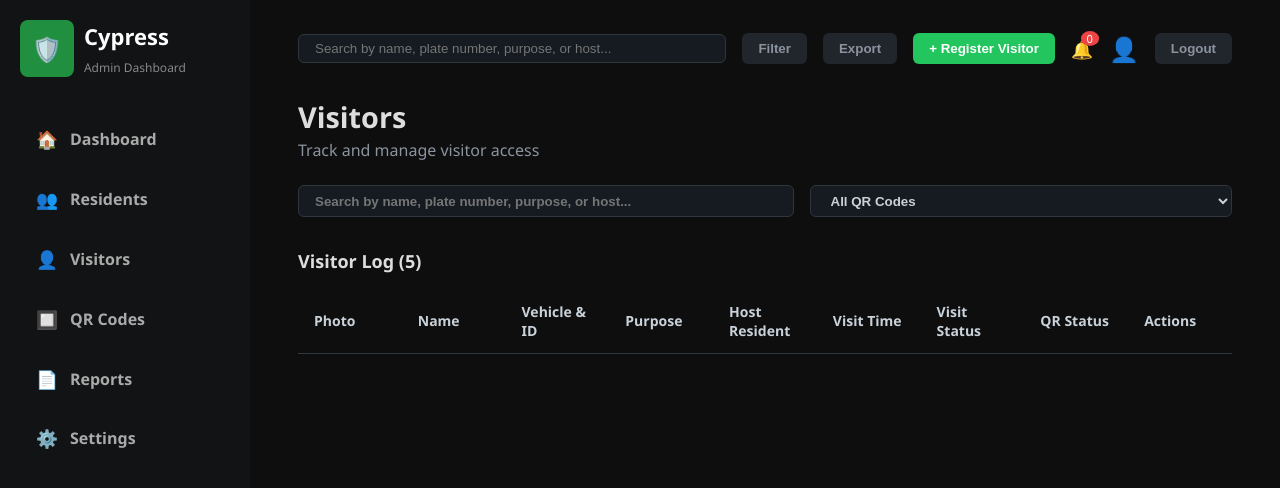
Repository: camuramon/my-project
Page: templates/admin/visitors.html
The author's editor kept a copy of each file at every save. The page is drawn from the files as they stood at one save, then again after the next save.
The browser window is 1280 px wide. The pictures show the whole page.
The template is drawn by Flask 3. The application's start-up code is not run. Other server files are loaded and not shown. The template is opened directly, without the code that normally fills it, so the values that code supplies are empty.

Above is the page before, as saved 2025-09-19 02:06:39.

### templates/admin/visitors.html
<!DOCTYPE html>
<html lang="en">
<head>
    <meta charset="UTF-8" />
    <meta name="viewport" content="width=device-width, initial-scale=1" />
    <title>Cypress Admin Dashboard - Visitors</title>
    <!-- Connect visitor.css -->
<link rel="stylesheet" href="{{ url_for('static', filename='css/admin.css') }}">
<link rel="stylesheet" href="{{ url_for('static', filename='css/visitor.css') }}">
</head>
<body>
     <div class="container">
    <aside class="sidebar">
    <div class="logo">
        <div class="icon">🛡️</div>
        <div class="title">
            <h2>Cypress</h2>
            <span>Admin Dashboard</span>
        </div>
    </div>
    <nav>
        <ul class="sidebar-menu">
            <li class="{% if request.path == url_for('admin_dashboard') %}active{% endif %}">
                <a href="{{ url_for('admin_dashboard') }}"><span class="icon">🏠</span> Dashboard</a>
            </li>
            <li class="{% if request.path == url_for('admin_residents') %}active{% endif %}">
                <a href="{{ url_for('admin_residents') }}"><span class="icon">👥</span> Residents</a>
            </li>
            <li class="{% if request.path == url_for('admin_visitors') %}active{% endif %}">
                <a href="{{ url_for('admin_visitors') }}"><span class="icon">👤</span> Visitors</a>
            </li>
          <li class="{% if request.path == url_for('admin_qr') %}active{% endif %}">
  <a href="{{ url_for('admin_qr') }}"><span class="icon">🔲</span> QR Codes</a>
</li>

            <li class="{% if request.path == url_for('admin_reports') %}active{% endif %}">
                <a href="{{ url_for('admin_reports') }}"><span class="icon">📄</span> Reports</a>
            </li>
            <li class="{% if request.path == url_for('admin_settings') %}active{% endif %}">
                <a href="{{ url_for('admin_settings') }}"><span class="icon">⚙️</span> Settings</a>
            </li>
        </ul>
    </nav>
</aside>


    <main class="main-content">
        <header class="topbar">
          <input type="search" placeholder="Search by name, plate number, purpose, or host..." />
            <div class="topbar-actions">
                <button class="btn filter">Filter</button>
                <button class="btn export">Export</button>
                <button class="btn register-visitor">+ Register Visitor</button>
                <div class="notification">
                    <span class="icon">🔔</span>
                    <span class="badge">0</span>
                </div>
                <div class="profile-icon">👤</div>
                <button id="logout-button" class="btn btn-gray text-white font-semibold py-2 px-4 rounded-full">
                Logout
            </button>
            </div>
        </header>

<script>
       document.getElementById('logout-button').addEventListener('click', function() {
    window.location.href = "/logout";   // ✅ tatawag sa Flask logout route
});
</script>
        <section class="page-info">
            <h2>Visitors</h2>
            <p>Track and manage visitor access</p>

            <div class="search-filter">
                <input type="search" placeholder="Search by name, plate number, purpose, or host..." />
                <select>
                    <option>All QR Codes</option>
                </select>
            </div>

            <div class="visitor-log">
                <h3>Visitor Log (5)</h3>
                  <div id="recent-visitors"></div>
                <table>
                    <thead>
    <tr>

        <th>Photo</th>
        <th>Name</th>
        <th>Vehicle &amp; ID</th>
        <th>Purpose</th>
        <th>Host Resident</th>
        <th>Visit Time</th>
        <th>Visit Status</th>
        <th>QR Status</th>
        <th>Actions</th>
    </tr>
</thead>
<tbody>
    {% for visitor in visitors %}
    <tr>

        <td>
            <img src="{{ visitor.photo if visitor.photo else url_for('static', filename='image/default-visitor.png') }}"
                 alt="Visitor Photo"
                 style="width:50px; height:50px; border-radius:50%; object-fit:cover;">
        </td>
        <td><strong>{{ visitor.fullName }}</strong></td>
        <td>
            <strong>{{ visitor.vehicleType }} - {{ visitor.plateNumber }}</strong><br>
            {{ visitor.idType }}: {{ visitor.idNumber }}
        </td>
        <td>{{ visitor.host if visitor.host else "N/A" }}</td>
        <td><span class="clock-icon">⏲️</span> In:<br><strong>{{ visitor.visitTime }}</strong></td>
        <td>
            <span class="status {{ 'active-visit' if visitor.status == 'Active' else 'expired-visit' }}">
                {{ visitor.status }}
            </span>
        </td>
        <td>
            <span class="qr-status {{ 'valid' if visitor.qrCode else 'invalid' }}">
                {{ 'Valid' if visitor.qrCode else 'Invalid' }}
            </span>
        </td>
        <td class="actions">
            <span class="icon">👁️</span>
            <span class="icon">✏️</span>
            <span class="icon">🗑️</span>
        </td>
    </tr>
    {% endfor %}
</tbody>

                </table>
            </div>
        </section>
    </main>
<script src="{{ url_for('static', filename='js/visitors.js') }}"></script>

</body>
</html>

### static/css/admin.css
/* ===========================
   GENERAL RESET & BASE STYLES
=========================== */


* {
    box-sizing: border-box;
    margin: 0;
    padding: 0;
}

body {
    font-family: 'Segoe UI', Tahoma, Geneva, Verdana, sans-serif;
    background-color: #0e0e0f;
    color: #ddd;
    display: flex;
    min-height: 100vh;
}
html, body {
    height: 100%;
    width: 100%;
    margin: 0;
    padding: 0;
    overflow-x: hidden;
}

.container {
    display: flex;
    width: 100%;
    height: 100vh;
}


/* ===========================
   SIDEBAR
=========================== */
.sidebar {
    width: 250px;
    height: 100vh;
    background-color: #121314;
    padding: 20px;
    flex-shrink: 0;
}


.logo {
    display: flex;
    align-items: center;
    margin-bottom: 40px;
}

.logo .icon {
    background-color: #208f3f;
    padding: 12px;
    border-radius: 8px;
    font-size: 24px;
    color: white;
    margin-right: 10px;
}

.logo .title h2 {
    font-weight: 700;
    color: white;
    margin-bottom: 4px;
}

.logo .title span {
    font-size: 12px;
    color: #888;
}

.sidebar-menu {
    list-style: none;
    padding: 0;
}

.sidebar-menu li {
    margin: 15px 0;
}

.sidebar-menu li a {
    text-decoration: none;
    color: #bbb;
    font-weight: 600;
    display: flex;
    align-items: center;
    gap: 10px;
    font-size: 16px;
}

.sidebar-menu li a i {
    font-size: 18px;
}

.sidebar-menu li a {
    text-decoration: none;
    color: #bbb;
    font-weight: 600;
    display: flex;
    align-items: center;
    gap: 10px;
    font-size: 16px;
    padding: 10px 15px;
    border-radius: 8px;
    transition: background-color 0.3s ease, color 0.3s ease;
}

.sidebar-menu li.active a {
    background-color: #2a2a2e; /* darker bg for active item */
    color: white;
}

.sidebar-menu li.active a .icon {
    color: white;
}

.sidebar-menu li a:hover {
    background-color: #1d1d1f;
    color: white;
}


/* ===========================
   MAIN CONTENT
=========================== */
.main-content {
    flex-grow: 1;
    overflow-y: auto;
    padding: 25px;
    background-color: #0e0e0f;
}
/* ===========================
   HEADER / TOP BAR
=========================== */
.top-bar, .header {
    display: flex;
    justify-content: space-between;
    align-items: center;
    margin-bottom: 20px;
}

.search-bar input[type="search"] {
    width: 350px;
    padding: 10px 15px;
    border: none;
    border-radius: 10px;
    background-color: #232324;
    color: #ccc;
    font-size: 16px;
}

.top-icons, .header-icons {
    display: flex;
    gap: 15px;
}

.icon-btn, .notification-btn, .user-btn {
    background: none;
    border: none;
    color: #ccc;
    font-size: 20px;
    position: relative;
    cursor: pointer;
}

.notification-count {
    position: absolute;
    top: -8px;
    right: -8px;
    background-color: #e02e41;
    font-size: 10px;
    padding: 2px 6px;
    border-radius: 50%;
    color: white;
}

/* ===========================
   DASHBOARD HEADER & ACTIONS
=========================== */
.dashboard-header, .resident-section .sub-header {
    display: flex;
    justify-content: space-between;
    align-items: center;
    margin: 20px 0;
    flex-wrap: wrap;
}

.dashboard-header h1, .resident-section h2 {
    color: white;
}

.dashboard-header p, .resident-section .subtitle {
    color: #999;
    margin-left: 10px;
}

.actions, .buttons {
    display: flex;
    gap: 10px;
}

.filter-btn,
.export-btn,
.add-resident-btn {
    background-color: #222;
    border: none;
    color: white;
    padding: 10px 20px;
    border-radius: 8px;
    cursor: pointer;
    font-weight: 600;
}

.add-resident-btn {
    background-color: #208f3f;
}

.filter-btn:hover,
.export-btn:hover,
.add-resident-btn:hover {
    background-color: #333;
}

/* ===========================
   DASHBOARD CARDS
=========================== */
.stats-cards {
    display: flex;
    gap: 20px;
    flex-wrap: wrap;
    margin-bottom: 40px;
}

.card {
    background-color: #151517;
    border-radius: 12px;
    flex: 1 1 300px;
    padding: 20px;
    position: relative;
    color: #999;
}

.card p { margin-bottom: 8px; }

.card h2 { color: white; font-weight: 800; font-size: 28px; }

.card-icon {
    position: absolute;
    top: 20px;
    right: 20px;
    font-size: 24px;
    padding: 8px;
    border-radius: 100%;
    background-color: #333;
    color: white;
}

.card-icon.green { background-color: #208f3f; }
.card-icon.blue { background-color: #26418f; }
.card-icon.yellow { background-color: #a58f20; }
.card-icon.green-dark { background-color: #14502d; }
.card-icon.gray { background-color: #474751; }

.percentage {
    position: absolute;
    bottom: 20px;
    right: 20px;
    font-weight: 600;
    font-size: 14px;
}

.percentage.positive { color: #26ca4a; }
.percentage.neutral { color: #999; }

/* ===========================
   TABLES
=========================== */
.tables-section, .resident-directory {
    display: flex;
    gap: 20px;
    flex-wrap: wrap;
}

.table-container {
    background-color: #151517;
    padding: 20px;
    border-radius: 12px;
    flex: 1 1 500px;
    color: #bbb;
}

.table-container h3 {
    display: flex;
    justify-content: space-between;
    margin-bottom: 15px;
    color: white;
}

.view-all {
    color: #6668f8;
    font-weight: 600;
    text-decoration: none;
    font-size: 14px;
}

.view-all:hover { text-decoration: underline; }

table {
    width: 100%;
    border-collapse: collapse;
}

th, td {
    padding: 12px 10px;
    text-align: left;
    font-size: 14px;
}

thead tr { border-bottom: 1px solid #333; }
tbody tr:not(:last-child) { border-bottom: 1px solid #333; }
tbody tr:hover { background-color: #252527; }

/* ===========================
   STATUS BADGES
=========================== */
.status {
    padding: 5px 10px;
    border-radius: 20px;
    font-size: 12px;
    font-weight: 700;
    display: inline-block;
}

.status.active { background-color: #208f3f; color: white; }
.status.expired { background-color: #a5891e; color: white; }
.status.suspended { background-color: #7e1e1e; color: white; }
.status.inactive { background-color: #ff4d4f; color: white; }

.qr-status.valid { background-color: #208f3f; color: white; }
.qr-status.expired { background-color: #a5891e; color: white; }

/* ===========================
   BUTTONS, INPUTS, SELECT
=========================== */
button { cursor: pointer; border: none; border-radius: 6px; font-weight: 600; }

select, input[type="search"] {
    background-color: #232324;
    color: #ccc;
    border: 1px solid #333;
    padding: 8px 10px;
    border-radius: 6px;
}

/* ===========================
   HEADINGS & TEXT
=========================== */
h2 { font-size: 22px; margin-bottom: 5px; }
h3 { font-size: 18px; margin-bottom: 10px; }
.subtitle { color: #aaa; margin-bottom: 15px; }

strong { font-weight: 700; }
.charts {
  display: flex;
  justify-content: space-between; /* hati sila kaliwa-kanan */
  margin: 20px 0;
  gap: 20px;
}

/* Common Style for Charts */
.chart-container {
  flex: 1;                  /* pantay hati space */
  max-width: 48%;           /* para may konting space sa pagitan */
  background: #1e1e2f;
  padding: 20px;
  border-radius: 12px;
  box-shadow: 0 4px 8px rgba(0,0,0,0.25);
}

.chart-container h3 {
  margin-bottom: 15px;
  font-size: 16px;
  font-weight: 600;
  color: #fff;
}

/* Responsive canvas – hindi pilit */
.chart-container canvas {
  width: 100% !important;
  height: auto !important;   /* 🔑 auto height, hindi stretched */
  max-height: 300px;         /* 🔧 pwede mong baguhin para sa taas ng chart */
}
.status {
  padding: 4px 8px;
  border-radius: 6px;
  font-weight: 500;
  color: #fff;
}

.status.active {
  background-color: #16a34a; /* green */
}

.status.suspended {
  background-color: #ca8a04; /* yellow */
}

.status.expired {
  background-color: #7e4040; /* gray */
}

.status.blacklisted {
  background-color: #dc2626; /* red */
}

### static/css/visitor.css
/* Reset and base styles */
* {
    box-sizing: border-box;
    margin: 0;
    padding: 0;
}

body {
    font-family: 'Segoe UI', Tahoma, Geneva, Verdana, sans-serif;
    background-color: #0e0e0f;
    color: #ddd;
    display: flex;
    min-height: 100vh;
}

html, body {
    height: 100%;
    width: 100%;
    margin: 0;
    padding: 0;
    overflow-x: hidden;
}

.container {
    display: flex;
    width: 100%;
    height: 100vh;
}

/* Sidebar */
.sidebar-menu {
    list-style: none;
    padding: 0;
    margin: 0;
}

.sidebar-menu li {
    margin-bottom: 0.5rem;
}

.sidebar-menu li a {
    display: flex;
    align-items: center;
    gap: 0.75rem;
    text-decoration: none;
    padding: 0.65rem 1rem;
    border-radius: 8px;
    color: #aaa;
    font-weight: 600;
    transition: background 0.3s, color 0.3s;
}

.sidebar-menu li a i {
    font-size: 1.2rem;
}

.sidebar-menu li.active a,
.sidebar-menu li a:hover {
    background-color: #292929;
    color: white;
}


.logo h1 {
    color: #48bb78; /* Green */
    margin-bottom: 0.2rem;
}

.logo p {
    color: #8b949e;
    font-size: 0.8rem;
    margin-bottom: 2rem;
}

.navigation ul {
    list-style: none;
}

.navigation li {
    margin-bottom: 1.5rem;
}

.navigation a {
    color: #8b949e;
    text-decoration: none;
    font-weight: 600;
    font-size: 0.9rem;
    display: flex;
    align-items: center;
    gap: 8px;
}

.navigation li.active a,
.navigation a:hover {
    color: #48bb78;
}

.icon {
    font-size: 1.1rem;
}

/* Main content */
.main-content {
    flex-grow: 1;
    padding: 2rem 3rem;
    overflow-y: auto;
}

.topbar {
    display: flex;
    gap: 1rem;
    align-items: center;
    margin-bottom: 2rem;
}

.topbar input[type="search"] {
    flex-grow: 1;
    background: #161b22;
    border: 1px solid #30363d;
    border-radius: 6px;
    padding: 0.4rem 1rem;
    color: #c9d1d9;
}

.topbar-actions {
    display: flex;
    gap: 1rem;
    align-items: center;
}

.btn {
    background-color: #21262d;
    border: none;
    padding: 0.5rem 1rem;
    border-radius: 6px;
    color: #8b949e;
    cursor: pointer;
    font-weight: 600;
    transition: background-color 0.3s;
}

.btn:hover {
    background-color: #30363d;
}

.btn.register-visitor {
    background-color: #22c55e; /* Green */
    color: white;
}

.btn.register-visitor:hover {
    background-color: #16a34a;
}

.notification {
    position: relative;
    color: #8b949e;
    cursor: pointer;
}

.notification .badge {
    position: absolute;
    top: -6px;
    right: -6px;
    background-color: #ef4444;
    color: white;
    font-size: 0.7rem;
    border-radius: 50%;
    padding: 0 6px;
}

.profile-icon {
    font-size: 1.5rem;
    cursor: pointer;
}

/* Page info */
.page-info h2 {
    font-size: 1.8rem;
    font-weight: 700;
    margin-bottom: 0.2rem;
}

.page-info p {
    color: #8b949e;
    margin-bottom: 1.5rem;
}

/* Search filter */
.search-filter {
    display: flex;
    gap: 1rem;
    margin-bottom: 2rem;
}

.search-filter input,
.search-filter select {
    flex-grow: 1;
    background: #161b22;
    border: 1px solid #30363d;
    border-radius: 6px;
    padding: 0.4rem 1rem;
    color: #c9d1d9;
    font-weight: 600;
    cursor: pointer;
}

/* Visitor Log */
.visitor-log h3 {
    margin-bottom: 1rem;
}

table {
    width: 100%;
    border-collapse: collapse;
    color: #c9d1d9;
}

thead th {
    text-align: left;
    padding: 0.8rem 1rem;
    font-weight: 700;
    border-bottom: 1px solid #30363d;
}

tbody td {
    padding: 1rem;
    border-bottom: 1px solid #21262d;
    vertical-align: top;
}

tbody td strong {
    color: white;
    display: block;
    margin-bottom: 0.3rem;
}

/* Status badges */
.status {
    display: inline-block;
    padding: 0.3rem 0.8rem;
    border-radius: 9999px;
    color: white;
    font-size: 0.75rem;
    font-weight: 600;
    text-align: center;
    white-space: nowrap;
}

.active-visit {
    background-color: #2c5282; /* blue */
}

.checked-out {
    background-color: #4a5568; /* gray */
}

.qr-status {
    display: inline-block;
    padding: 0.3rem 0.8rem;
    border-radius: 9999px;
    font-size: 0.75rem;
    font-weight: 600;
    color: white;
    text-align: center;
    white-space: nowrap;
}

.valid {
    background-color: #238636; /* green */
}

.expired {
    background-color: #b45309; /* yellow/orange */
}

/* Actions icons */
.actions .icon {
    cursor: pointer;
    margin-right: 10px;
    font-size: 1.1rem;
    color: #8b949e;
}

.actions .icon:hover {
    color: #48bb78;
}

/* Smaller icons used inside the table */
.clock-icon {
    font-size: 1rem;
    padding-right: 5px;
}
.status.active-visit {
  color: green;
  font-weight: bold;
}

.status.expired {
  color: orange;
  font-weight: bold;
}
/* Table layout fix */
table {
  width: 100%;
  border-collapse: collapse;
  table-layout: fixed; /* lahat ng column fixed width */
}

/* Table headers at cells */
th, td {
  padding: 12px 10px;
  text-align: center;   /* pantayin lahat sa gitna */
  vertical-align: middle; /* pantayin vertically */
  border-bottom: 1px solid rgba(255,255,255,0.1);
}

/* Visitor photo fix */
.visitor-photo {
  width: 50px;
  height: 50px;
  border-radius: 50%;
  object-fit: cover;
  display: block;
  margin: 0 auto; /* center sa loob ng cell */
}

### static/js/visitors.js
document.addEventListener('DOMContentLoaded', () => {
  const searchInput = document.querySelector('.page-info .search-filter input[type="search"]');
  const visitorTableBody = document.querySelector('.visitor-log tbody');
  const filterSelect = document.querySelector('.page-info .search-filter select');

  // 🔍 Filter visitor rows based on search and dropdown
  function filterVisitorLog() {
    const searchTerm = searchInput.value.toLowerCase();
    const filterValue = filterSelect.value.toLowerCase();
    const rows = visitorTableBody.querySelectorAll('tr');

    rows.forEach(row => {
      const visitorId = row.cells[0]?.textContent.toLowerCase() || '';
      const name = row.cells[1]?.textContent.toLowerCase() || '';
      const vehicleId = row.cells[2]?.textContent.toLowerCase() || '';
      const purpose = row.cells[3]?.textContent.toLowerCase() || '';
      const host = row.cells[4]?.textContent.toLowerCase() || '';
      const qrStatus = row.cells[7]?.textContent.toLowerCase() || '';

      const combinedText = `${visitorId} ${name} ${vehicleId} ${purpose} ${host} ${qrStatus}`;

      const matchesSearch = combinedText.includes(searchTerm);
      const matchesFilter = (filterValue === 'all qr codes' || qrStatus === filterValue);

      if (matchesSearch && matchesFilter) {
        row.style.display = '';
      } else {
        row.style.display = 'none';
      }
    });
  }

  // 🔁 Event listeners
  if (searchInput) {
    searchInput.addEventListener('input', filterVisitorLog);
  }

  if (filterSelect) {
    filterSelect.addEventListener('change', filterVisitorLog);
  }

  // 🧭 Event delegation for icon actions
  if (visitorTableBody) {
    visitorTableBody.addEventListener('click', (e) => {
      if (e.target.classList.contains('icon')) {
        const icon = e.target.textContent;
        const row = e.target.closest('tr');
        const visitorName = row.cells[1]?.textContent.trim();

        switch (icon) {
          case '👁️':
            alert(`View details for: ${visitorName}`);
            break;
          case '✏️':
            alert(`Edit info for: ${visitorName}`);
            break;
          case '🗑️':
            if (confirm(`Are you sure you want to delete ${visitorName}?`)) {
              row.remove();
            }
            break;
        }
      }
    });
  }

  // ✅ Initial filter on page load (optional)
  filterVisitorLog();
});

After the next save:
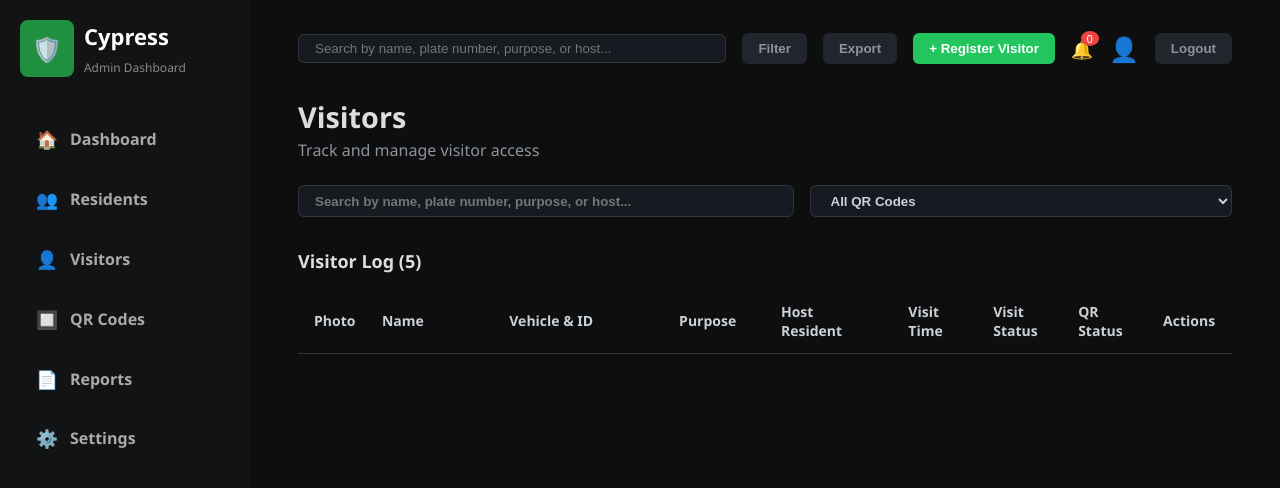
Saved 2 min 16 s later.
--- a/static/css/visitor.css
+++ b/static/css/visitor.css
@@ -300,27 +300,38 @@ tbody td strong {
   color: orange;
   font-weight: bold;
 }
-/* Table layout fix */
+/* Fix table layout */
 table {
   width: 100%;
   border-collapse: collapse;
-  table-layout: fixed; /* lahat ng column fixed width */
-}
-
-/* Table headers at cells */
+  table-layout: fixed; /* para uniform columns */
+}
+
+/* Common style */
 th, td {
   padding: 12px 10px;
-  text-align: center;   /* pantayin lahat sa gitna */
-  vertical-align: middle; /* pantayin vertically */
   border-bottom: 1px solid rgba(255,255,255,0.1);
-}
-
-/* Visitor photo fix */
-.visitor-photo {
+  vertical-align: middle;
+  text-align: center;
+}
+
+/* Column-specific widths */
+th:nth-child(1), td:nth-child(1) { width: 8%; }  /* Photo */
+th:nth-child(2), td:nth-child(2) { width: 15%; text-align: left; } /* Name */
+th:nth-child(3), td:nth-child(3) { width: 20%; text-align: left; } /* Vehicle & ID */
+th:nth-child(4), td:nth-child(4) { width: 12%; text-align: left; } /* Purpose */
+th:nth-child(5), td:nth-child(5) { width: 15%; text-align: left; } /* Host Resident */
+th:nth-child(6), td:nth-child(6) { width: 10%; } /* Visit Time */
+th:nth-child(7), td:nth-child(7) { width: 10%; } /* Visit Status */
+th:nth-child(8), td:nth-child(8) { width: 10%; } /* QR Status */
+th:nth-child(9), td:nth-child(9) { width: 10%; } /* Actions */
+
+/* Photo fix */
+td img {
+  display: block;
+  margin: 0 auto;
   width: 50px;
   height: 50px;
   border-radius: 50%;
   object-fit: cover;
-  display: block;
-  margin: 0 auto; /* center sa loob ng cell */
-}
+}
